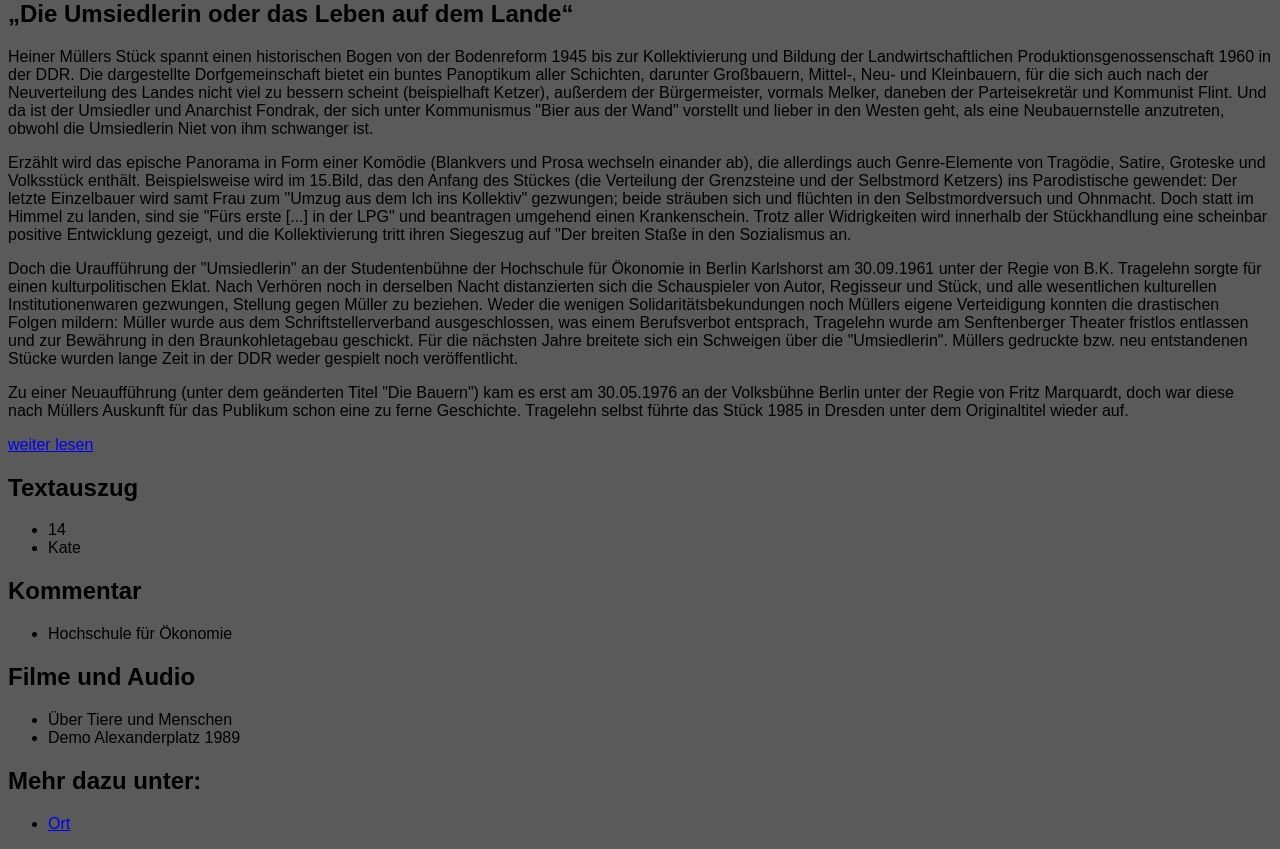
Repository: TimoKramer/iam
Page: org.dieschnittstelle.iam.css.uebungen/css_uebungen.html
An editor plug-in stored every save of this project. The page is shown before and after the next save, followed by the edit.
The browser window is 1280 px wide. The pictures show the part of the page from y = 483 to 1332 px (the page is 1332 px tall).
A picture or video elsewhere on the page could not be fetched, so the positions and the page height are approximate.

Above is the page before, as saved 2014-10-20 12:33:13.

### org.dieschnittstelle.iam.css.uebungen/css_uebungen.html
<!DOCTYPE html>
<html>
	<head>
		<meta http-equiv="Content-Type" content="text/html; charset=utf-8">
		<title>CSS Beispiele</title>
		<link rel="stylesheet" href="css/css_uebungen.css"/>
	</head>
	<body>
		<article>
			<h1 id="topic_title" class="editable">Die Umsiedlerin</h1>
			<section id="zeitdokumente">
				<h2>Zeitdokumente</h2>
				<figure>
					<img src="http://www.esquife.cult.cu/primeraepoca/imagenes/imrevista/No60/muller.jpg"/>
					<!-- <img src="img/hm_mit_bk_tragelehn.jpg"/> -->
					<figcaption>
						Programmheft zur Uraufführung
					</figcaption>
				</figure>
			</section>
			<section id="einfuehrungstext">
				<div class="contentfragment">
					<h2>&bdquo;Die Umsiedlerin oder das Leben auf dem Lande&ldquo;</h2>
					<p>
						Heiner Müllers Stück spannt einen historischen Bogen von der Bodenreform 1945 bis zur Kollektivierung und Bildung der Landwirtschaftlichen Produktionsgenossenschaft 1960 in der DDR. Die dargestellte Dorfgemeinschaft bietet ein buntes Panoptikum aller Schichten, darunter Großbauern, Mittel-, Neu- und Kleinbauern, für die sich auch nach der Neuverteilung des Landes nicht viel zu bessern scheint (beispielhaft Ketzer), außerdem der Bürgermeister, vormals Melker, daneben der Parteisekretär und Kommunist Flint. Und da ist der Umsiedler und Anarchist Fondrak, der sich unter Kommunismus "Bier aus der Wand" vorstellt und lieber in den Westen geht, als eine Neubauernstelle anzutreten, obwohl die Umsiedlerin Niet von ihm schwanger ist.
					</p>
					<p>
						Erzählt wird das epische Panorama in Form einer Komödie (Blankvers und Prosa wechseln einander ab), die allerdings auch Genre-Elemente von Tragödie, Satire, Groteske und Volksstück enthält. Beispielsweise wird im 15.Bild, das den Anfang des Stückes (die Verteilung der Grenzsteine und der Selbstmord Ketzers) ins Parodistische gewendet: Der letzte Einzelbauer wird samt Frau zum "Umzug aus dem Ich ins Kollektiv" gezwungen; beide sträuben sich und flüchten in den Selbstmordversuch und Ohnmacht. Doch statt im Himmel zu landen, sind sie "Fürs erste [...] in der LPG" und beantragen umgehend einen Krankenschein. Trotz aller Widrigkeiten wird innerhalb der Stückhandlung eine scheinbar positive Entwicklung gezeigt, und die Kollektivierung tritt ihren Siegeszug auf "Der breiten Staße in den Sozialismus an.
					</p>
					<p>
						Doch die Uraufführung der "Umsiedlerin" an der Studentenbühne der Hochschule für Ökonomie in Berlin Karlshorst am 30.09.1961 unter der Regie von B.K. Tragelehn sorgte für einen kulturpolitischen Eklat. Nach Verhören noch in derselben Nacht distanzierten sich die Schauspieler von Autor, Regisseur und Stück, und alle wesentlichen kulturellen Institutionenwaren gezwungen, Stellung gegen Müller zu beziehen. Weder die wenigen Solidaritätsbekundungen noch Müllers eigene Verteidigung konnten die drastischen Folgen mildern: Müller wurde aus dem Schriftstellerverband ausgeschlossen, was einem Berufsverbot entsprach, Tragelehn wurde am Senftenberger Theater fristlos entlassen und zur Bewährung in den Braunkohletagebau geschickt. Für die nächsten Jahre breitete sich ein Schweigen über die "Umsiedlerin". Müllers gedruckte bzw. neu entstandenen Stücke wurden lange Zeit in der DDR weder gespielt noch veröffentlicht.
					</p>
					<p>
						Zu einer Neuaufführung (unter dem geänderten Titel "Die Bauern") kam es erst am 30.05.1976 an der Volksbühne Berlin unter der Regie von Fritz Marquardt, doch war diese nach Müllers Auskunft für das Publikum schon eine zu ferne Geschichte. Tragelehn selbst führte das Stück 1985 in Dresden unter dem Originaltitel wieder auf.
					</p>
				</div>
				<div class="fullcontent_link">
					<a href="#">weiter lesen</a>
				</div>
			</section>
			<section id="textauszug">
				<div class="textauszug">
					<h2>Textauszug</h2>
					<ul>
						<li>14</li>
						<li>Kate</li>
					</ul>
				</div>
			</section>
			<section id="kommentar" class="medienverweise">
				<h2>Kommentar</h2>
				<ul>
					<li>Hochschule f&uuml;r &Ouml;konomie</li>
				</ul>
			</section>
			<section id="filmeundaudio" class="medienverweise">
				<h2>Filme und Audio</h2>
				<ul>
					<li>&Uuml;ber Tiere und Menschen</li>
					<li>Demo Alexanderplatz 1989</li>
				</ul>
			</section>
			<section id="verknuepfungen">
				<h2>Mehr dazu unter:</h2>
				<nav>
					<ul>
						<li>
							<a href="#">Ort</a>
						</li>
					</ul>
				</nav>
			</section>
		</article>
	</body>
</html>

### org.dieschnittstelle.iam.css.uebungen/css/css_uebungen.css
body {
	background-color: rgb(90,90,90);
	font-family: "Avenir Medium", sans-serif;
}


/* Haupttitel */

h1 {
	font-size: 30pt;
	font-weight: normal;
	font-style: normal;
	color: rgb(204,204,204);
	margin: 0px;
	padding: 10px;
	/* avoid that elements can be selected */
	-moz-user-select: none;
	user-select: none;
}

/* Medienverweise */

.medienverweise {

}

After the next save:
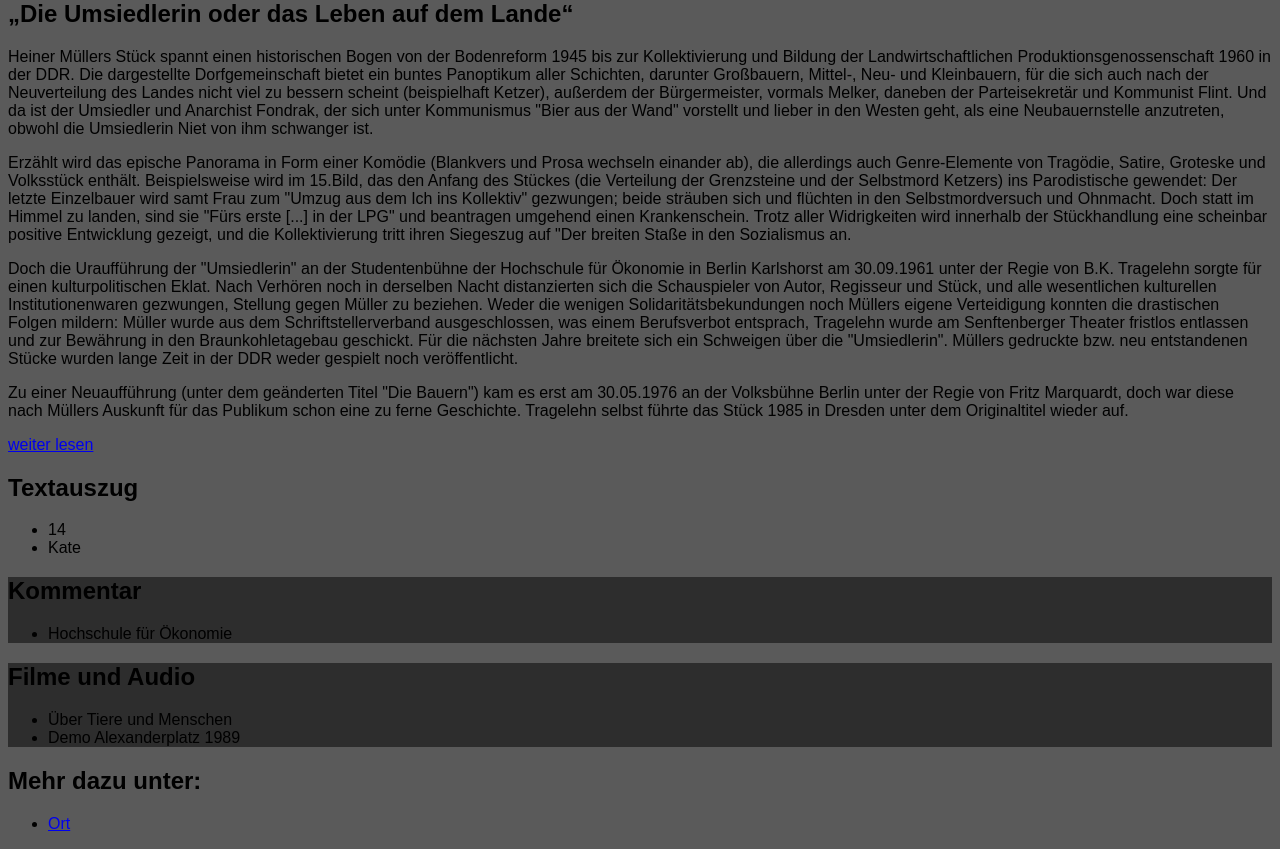
Saved 6 min 12 s later.
--- a/org.dieschnittstelle.iam.css.uebungen/css/css_uebungen.css
+++ b/org.dieschnittstelle.iam.css.uebungen/css/css_uebungen.css
@@ -21,5 +21,5 @@ h1 {
 /* Medienverweise */
 
 .medienverweise {
-
+	background-color: rgb(45, 45, 45)
 }
